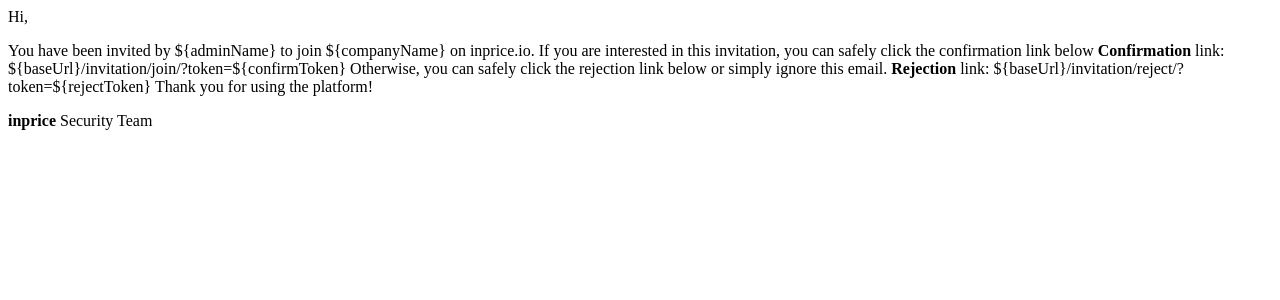
Repository: inprice/api
Page: src/main/resources/templates/register-activation-link.html
The author's editor kept a copy of each file at every save. The page is drawn from the files as they stood at one save, then again after the next save.
The browser window is 1280 px wide. The pictures show the whole page.

Above is the page before, as saved 2020-03-21 13:34:13.

After the next save:
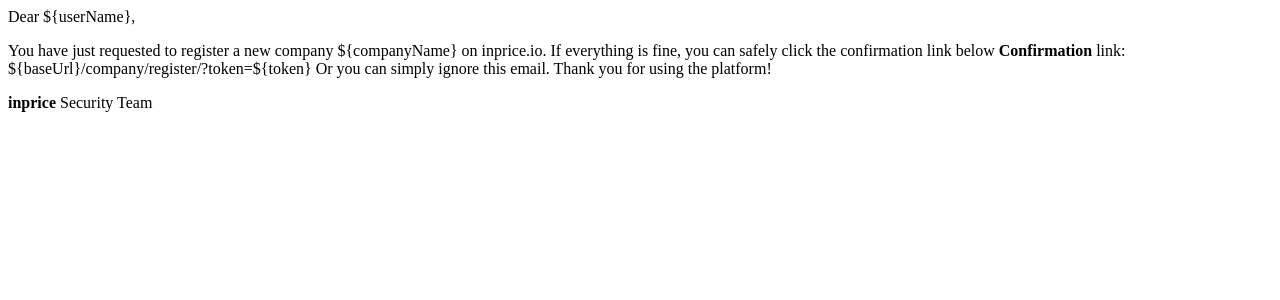
Saved 2 min 43 s later.
--- a/src/main/resources/templates/register-activation-link.html
+++ b/src/main/resources/templates/register-activation-link.html
@@ -2,15 +2,14 @@
 <html lang="en">
     <body>
 
-    Hi,
+    Dear ${userName},
     <p>
-      You have been invited by ${adminName} to join ${companyName} on inprice.io.
+      You have just requested to register a new company ${companyName} on inprice.io.
 
-      If you are interested in this invitation, you can safely click the confirmation link below
-      <strong>Confirmation</strong> link: ${baseUrl}/invitation/join/?token=${confirmToken}
+      If everything is fine, you can safely click the confirmation link below
+      <strong>Confirmation</strong> link: ${baseUrl}/company/register/?token=${token}
 
-      Otherwise, you can safely click the rejection link below or simply ignore this email.
-      <strong>Rejection</strong> link: ${baseUrl}/invitation/reject/?token=${rejectToken}
+      Or you can simply ignore this email.
 
       Thank you for using the platform!
     </p>
